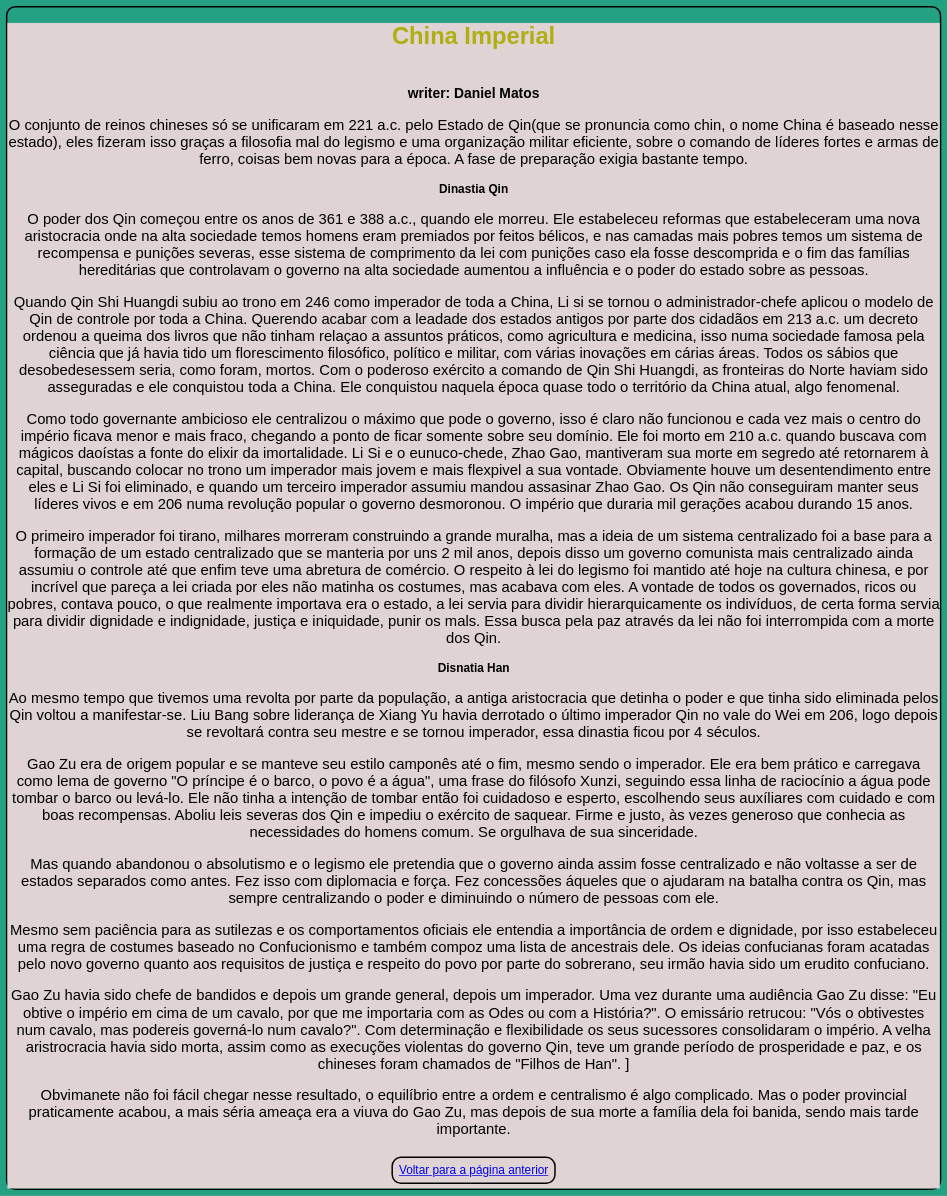
Repository: batmit/FutureFundation.github.io-1
Page: menu/articles/history/ancient/china/china.html
The author's editor kept a copy of each file at every save. The page is drawn from the files as they stood at one save, then again after the next save.
The browser window is 1280 px wide. The pictures show the whole page, at 74% of full size.

Above is the page before, as saved 2021-09-26 14:48:02.

### menu/articles/history/ancient/china/china.html
<!DOCTYPE html>
<html lang="pt-BR">
<head>
    <meta charset="UTF-8">
    <meta http-equiv="X-UA-Compatible" content="IE=edge">
    <meta name="viewport" content="width=device-width, initial-scale=1.0">
    <title>China Imperial</title>
    <link rel="stylesheet" href="/menu/main.css">
</head>
<body>
    <div id="all">
        <header>
            <h1>China Imperial</h1>
            <h3>writer: Daniel Matos</h3>
        </header>

        <p>O conjunto de reinos chineses só se unificaram em 221 a.c. pelo Estado de Qin(que se pronuncia como chin, o nome China é baseado nesse estado), eles fizeram isso graças a filosofia mal do legismo e uma organização militar eficiente, sobre o comando de líderes fortes e armas de ferro, coisas bem novas para a época. A fase de preparação exigia bastante tempo. </p>

        <strong> Dinastia Qin</strong>

        <p>O poder dos Qin começou entre os anos de 361 e 388 a.c., quando ele morreu. Ele estabeleceu reformas que estabeleceram uma nova aristocracia onde na alta sociedade temos homens eram premiados por feitos bélicos, e nas camadas mais pobres temos um sistema de recompensa e punições severas, esse sistema de comprimento da lei com punições caso ela fosse descomprida e o fim das famílias hereditárias que controlavam o governo na alta sociedade aumentou a influência e o poder do estado sobre as pessoas. </p>
        <p>Quando Qin Shi Huangdi subiu ao trono em 246 como imperador de toda a China, Li si se tornou o administrador-chefe aplicou o modelo de Qin de controle por toda a China. Querendo acabar com a leadade dos estados antigos por parte dos cidadãos em 213 a.c. um decreto ordenou a queima dos livros que não tinham relaçao a assuntos práticos, como agricultura e medicina, isso numa sociedade famosa pela ciência que já havia tido um florescimento filosófico, político e militar, com várias inovações em cárias áreas. Todos os sábios que desobedesessem seria, como foram, mortos. Com o poderoso exército a comando de Qin Shi Huangdi, as fronteiras do Norte haviam sido asseguradas e ele conquistou toda a China. Ele conquistou naquela época quase todo o território da China atual, algo fenomenal. </p>

        <p>Como todo governante ambicioso ele centralizou o máximo que pode o governo, isso é claro não funcionou e cada vez mais o centro do império ficava menor e mais fraco, chegando a ponto de ficar somente sobre seu domínio. Ele foi morto em 210 a.c. quando buscava com mágicos daoístas a fonte do elixir da imortalidade. Li Si e o eunuco-chede, Zhao Gao, mantiveram sua morte em segredo até retornarem à capital, buscando colocar no trono um imperador mais jovem e mais flexpivel a sua vontade. Obviamente houve um desentendimento entre eles e Li Si foi eliminado, e quando um terceiro imperador assumiu mandou assasinar Zhao Gao. Os Qin não conseguiram manter seus líderes vivos e em 206 numa revolução popular o governo desmoronou. O império que duraria mil gerações acabou durando 15 anos.  </p>
        <p>O primeiro imperador foi tirano, milhares morreram construindo a grande muralha, mas a ideia de um sistema centralizado foi a base para a formação de um estado centralizado que se manteria por uns 2 mil anos, depois disso um governo comunista mais centralizado ainda assumiu o controle até que enfim teve uma abretura de comércio. O respeito à lei do legismo foi mantido até hoje na cultura chinesa, e por incrível que pareça a lei criada por eles não matinha os costumes, mas acabava com eles. A vontade de todos os governados, ricos ou pobres, contava pouco, o que realmente importava era o estado, a lei servia para dividir hierarquicamente os indivíduos, de certa forma servia para dividir dignidade e indignidade, justiça e iniquidade, punir os mals. Essa busca pela paz através da lei não foi interrompida com a morte dos Qin. </p>

        <strong>Disnatia Han</strong>

        <p>Ao mesmo tempo que tivemos uma revolta por parte da população, a antiga aristocracia que detinha o poder e que tinha sido eliminada pelos Qin voltou a manifestar-se. Liu Bang sobre liderança de Xiang Yu havia derrotado o último imperador Qin no vale do Wei em 206, logo depois se revoltará contra seu mestre e se tornou imperador, essa dinastia ficou por 4 séculos. </p>

        <p>Gao Zu era de origem popular e se manteve seu estilo camponês até o fim, mesmo sendo o imperador. Ele era bem prático e carregava como lema de governo "O príncipe é o barco, o povo é a água", uma frase do filósofo Xunzi, seguindo essa linha de raciocínio a água pode tombar o barco ou levá-lo. Ele não tinha a intenção de tombar então foi cuidadoso e esperto, escolhendo seus auxíliares com cuidado e com boas recompensas. Aboliu leis severas dos Qin e impediu o exército de saquear. Firme e justo, às vezes generoso que conhecia as necessidades do homens comum. Se orgulhava de sua sinceridade.  </p>
        <p>Mas quando abandonou o absolutismo e o legismo ele pretendia que o governo ainda assim fosse centralizado e não voltasse a ser de estados separados como antes. Fez isso com diplomacia e força. Fez concessões áqueles que o ajudaram na batalha contra os Qin, mas sempre centralizando o poder e diminuindo o número de pessoas com ele. </p>
        <p>Mesmo sem paciência para as sutilezas e os comportamentos oficiais ele entendia a importância de ordem e dignidade, por isso estabeleceu uma regra de costumes baseado no Confucionismo e também compoz uma lista de ancestrais dele. Os ideias confucianas foram acatadas pelo novo governo quanto aos requisitos de justiça e respeito do povo por parte do sobrerano, seu irmão havia sido um erudito confuciano. </p>
        <p>Gao Zu havia sido chefe de bandidos e depois um grande general, depois um imperador. Uma vez durante uma audiência Gao Zu disse: "Eu obtive o império em cima de um cavalo, por que me importaria com as Odes ou com a História?". O emissário retrucou: "Vós o obtivestes num cavalo, mas podereis governá-lo num cavalo?". Com determinação e flexibilidade os seus sucessores consolidaram o império. A velha aristrocracia havia sido morta, assim como as execuções violentas do governo Qin, teve um grande período de prosperidade e paz, e os chineses foram chamados de "Filhos de Han". ]

        </p>
        <p>Obvimanete não foi fácil chegar nesse resultado, o equilíbrio entre a ordem e centralismo é algo complicado. Mas o poder provincial praticamente acabou, a mais séria ameaça era a viuva do Gao Zu, mas depois de sua morte a família dela foi banida, sendo mais tarde importante. </p>




        <a href="/menu/articles/history/history.html">Voltar para a página anterior</a>
    </div>
</body>
</html>

### menu/main.css
body{

    text-align: center;

    border: black 2px solid;

    border-radius: 0.8rem;

    font-family: 'Ubuntu', arial;

    background-color: rgb(36, 161, 130);


}

#articles {
    gap: 3px;
}

#all{

    background-color: rgb(223, 211, 211);

}


#codigo{
    text-align:left;

}


img{
    text-align: center;
    justify-content: center;

}

p{
    font-size: 20px;
    font-family: 'Ubuntu', arial;
}

a{
    border: 2px solid black;

    border-radius: 0.8rem;

    box-sizing: border-box;

    padding: 0.5rem;

    line-height:3rem;

    margin: 2px;


}

a:hover{

    background-color:#F0FFFF;

}

h1{

    margin-bottom: 3rem;

    color: rgb(177, 174, 17);

}

audio {
    -webkit-transition:all 0.5s linear;
    -moz-transition:all 0.5s linear;
    -o-transition:all 0.5s linear;
    transition:all 0.5s linear;
    -moz-box-shadow: 2px 2px 4px 0px #006773;
    -webkit-box-shadow:  2px 2px 4px 0px #006773;
    box-shadow: 2px 2px 4px 0px #006773;
    -moz-border-radius:7px 7px 7px 7px ;
    -webkit-border-radius:7px 7px 7px 7px ;
    border-radius:7px 7px 7px 7px ;
}

audio:hover, audio:focus, audio:active {

-webkit-box-shadow: 15px 15px 20px rgba(0,0, 0, 0.4);
-moz-box-shadow: 15px 15px 20px rgba(0,0, 0, 0.4);
box-shadow: 15px 15px 20px rgba(0,0, 0, 0.4);
-webkit-transform: scale(1.05);
-moz-transform: scale(1.05);
transform: scale(1.05);

}



@media (max-width: 900px) {


    a{

        display: block;
        line-height: 0.5rem;
        padding: 1rem;

    }

    #img{
        text-align: right;
    }

}

@media (prefers-color-scheme: dark) {
    #all{

        background-color: rgb(90, 73, 73);

    }

    h1{
        color: white
    }

    p{
        color: white;
    }

    a{
        background-color: aqua;
    }

    h3{
        color: white;
    }

    strong {
        color: white;
    }


}

After the next save:
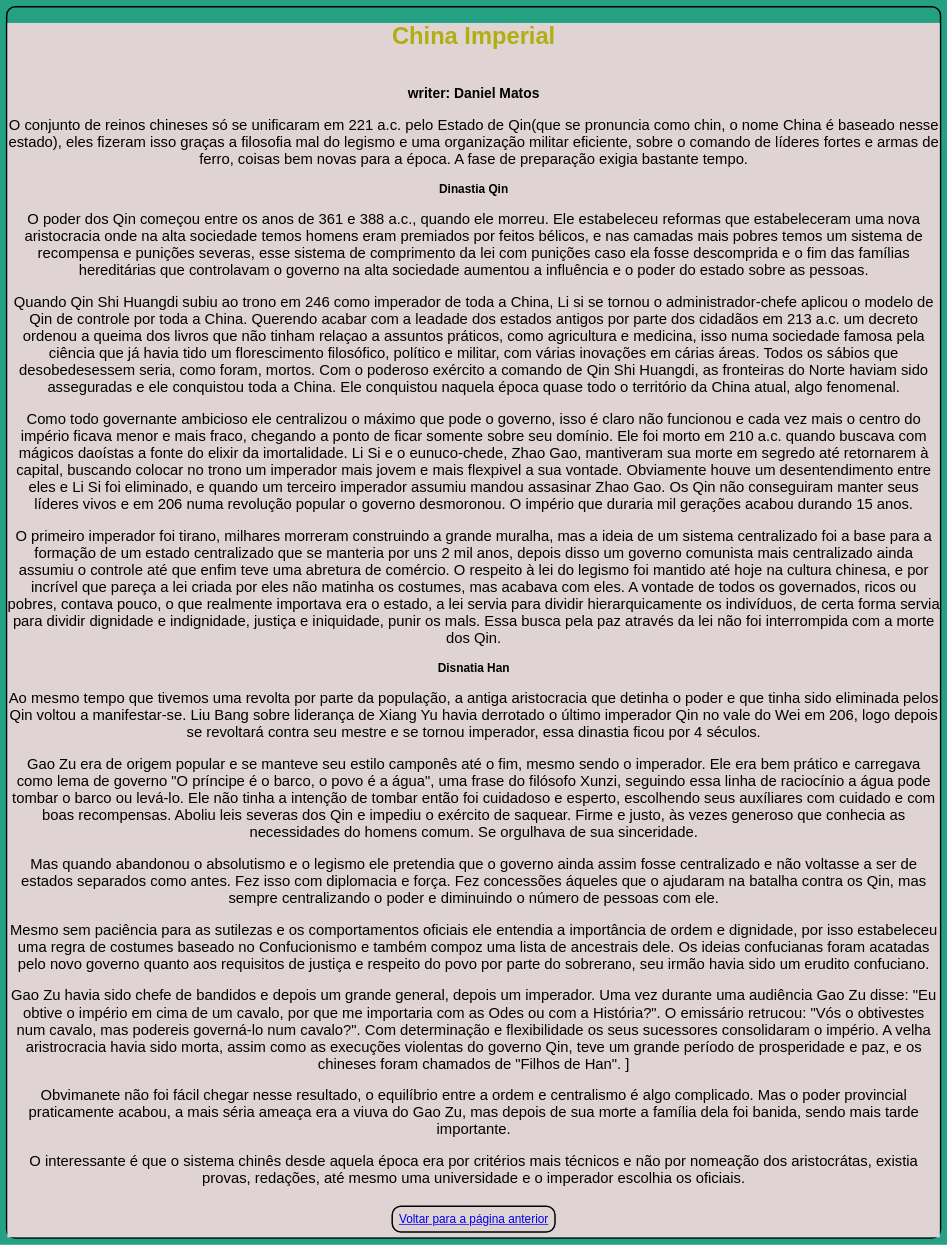
Saved 2 min 0 s later.
--- a/menu/articles/history/ancient/china/china.html
+++ b/menu/articles/history/ancient/china/china.html
@@ -35,6 +35,7 @@
 
         </p>
         <p>Obvimanete não foi fácil chegar nesse resultado, o equilíbrio entre a ordem e centralismo é algo complicado. Mas o poder provincial praticamente acabou, a mais séria ameaça era a viuva do Gao Zu, mas depois de sua morte a família dela foi banida, sendo mais tarde importante. </p>
+        <p>O interessante é que o sistema chinês desde aquela época era por critérios mais técnicos e não por nomeação dos aristocrátas, existia provas, redações, até mesmo uma universidade e o imperador escolhia os oficiais. </p>
 
 
 
